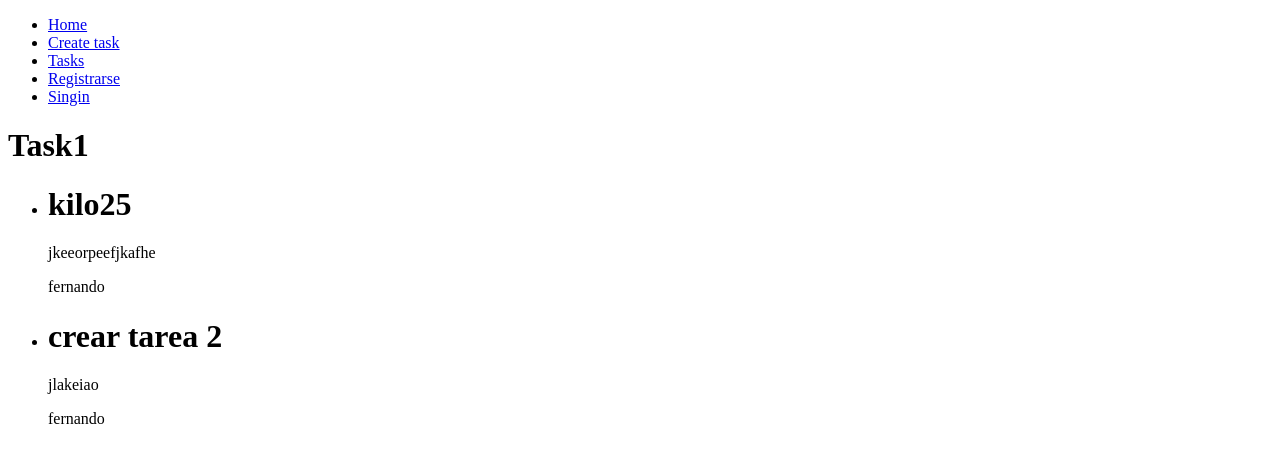
Repository: fercho9922/django-auth-crud
Page: http://localhost/tasks/
These files come from the project's save history. The page is drawn as it stood at one moment and after the next save; the edit follows.
The browser window is 1280 px wide. The pictures show the whole page.
The page is served by the project's application, run on Django 5.2 (manage.py). Other server files are loaded and not shown. The page reads the database file committed with the project.

Above is the page before, as saved 2024-04-11 12:22:31.

### tasks/templates/tasks.html
{% extends 'base.html' %}

{% block content %}

<h1>Task1</h1>

<ul>
    {% for task in tasks %}
    <li>
        <h1>{{task.title}}</h1>
        <p>{{task.description}}</p>
        <p>{{task.user.username}}</p>
    </li>
    {% endfor %}
</ul>



{% endblock %}

### tasks/templates/base.html
<!DOCTYPE html>
<html lang="en">
<head>
    <meta charset="UTF-8">
    <meta name="viewport" content="width=device-width, initial-scale=1.0">
    <title>Django crud application</title>
</head>
<body>
    <nav>
        <ul>
            <li>
                <a href="/">Home</a>
            </li>
            <li>
                <a href="/tasks/create">Create task</a>
            </li>
            <li>
                <a href="/tasks">Tasks</a>
            </li>
            {% if user.is_authenticated %}
            <li>
                <a href="/logout">logout</a>
            </li>
            {% else %}
                <li>
                    <a href="/signup">Registrarse</a>
                </li>
                <li>
                    <a href="/signin">Singin</a>
                </li>
            {% endif %}
        </ul>
    </nav>
    {% block content %}
    {% endblock %}
</body>
</html>

### tasks/models.py
from django.db import models
from django.contrib.auth.models import User

# Create your models here.
class task(models.Model):
    title=models.CharField(max_length=100)
    description=models.TextField(blank=True)
    created=models.DateTimeField(auto_now_add=True)
    datecompleted=models.DateTimeField(null=True)
    important=models.BooleanField(default=False)
    user=models.ForeignKey(User, on_delete=models.CASCADE)

    def __str__(self):
        return self.title

### tasks/views.py
from django.shortcuts import render, redirect, get_object_or_404
from django.http import HttpResponse
from django.contrib.auth.forms import UserCreationForm, AuthenticationForm
from django.contrib.auth import login, logout, authenticate
from django.db import IntegrityError
from django.contrib.auth.models import User
from .forms import TaskForm
from .forms import task
# Create your views here.

def home(request):
    return render(request, 'home.html')


def signup(request):

    if request.method == 'GET':
        print('Enviando formulario')
        return render(request, 'signup.html',{
            'form':UserCreationForm
        })
    else:
        if request.POST['password1']==request.POST['password2']:
            #Registrar usuario
            try:
                user= User.objects.create_user(username=request.POST['username'],password=request.POST['password1'])
                user.save()
                login(request, user)
                return redirect('tasks')

            except IntegrityError:
                return render(request, 'signup.html', {
                'form':UserCreationForm,
                "error": 'USername already exist'
                })

        return render(request, 'signup.html', {
                'form':UserCreationForm,
                "error": 'Password do not match'
                })
        print(request.POST)
        print('Obteniendo datos')


def create_task(request):

    if request.method == 'GET':
        return render(request, 'create_task.html',{
        'form':TaskForm
    })
    else:
        try:
            form=TaskForm(request.POST)
            new_task=form.save(commit=False)
            new_task.user=request.user
            new_task.save()
            return redirect('tasks')
        except ValueError:
            return render (request, 'create_task.html',{
            'form': TaskForm,
            'error': 'please provide valida data'
            })


def task_detail(request, task_id):
    tarea=get_object_or_404(task,pk=task_id)
    form=TaskForm(instance=task)
    return render(request, 'task_detail.html',{'task':tarea, 'form':form})




def tasks(request):
    tasks=task.objects.all()
    return render(request, 'tasks.html',{'tasks': tasks})

def signout(request):
    logout(request)
    return redirect('home')

def signin(request):
   if request.method == 'GET':
    return render(request, 'signin.html',{
    'form': AuthenticationForm

    })
   else:
        user = authenticate(request, username=request.POST['username'], password=request.POST['password'])
        if user is None:
            print(request.POST)
            return render(request, 'signin.html', {
            'form': AuthenticationForm,
            'error': 'Username or password is incorrect'
            })
        else:
            login(request, user)
            return redirect('tasks')

### djangocrud/urls.py
"""
URL configuration for djangocrud project.

The `urlpatterns` list routes URLs to views. For more information please see:
    https://docs.djangoproject.com/en/5.0/topics/http/urls/
Examples:
Function views
    1. Add an import:  from my_app import views
    2. Add a URL to urlpatterns:  path('', views.home, name='home')
Class-based views
    1. Add an import:  from other_app.views import Home
    2. Add a URL to urlpatterns:  path('', Home.as_view(), name='home')
Including another URLconf
    1. Import the include() function: from django.urls import include, path
    2. Add a URL to urlpatterns:  path('blog/', include('blog.urls'))
"""
from django.contrib import admin
from django.urls import path
from tasks import views

urlpatterns = [
    path('admin/', admin.site.urls),
    path('',views.home, name='home'),
    path('signup/',views.signup, name='signup'),
    path('tasks/',views.tasks, name='tasks'),
    path('tasks/create/',views.create_task, name='create_task'),
    path('tasks/<int:task_id>/', views.task_detail, name='task_detail'),
    path('logout/',views.signout, name='logout'),
    path('signin/',views.signin, name='signini'),

]

### db.sqlite3 (the tables this page reads, as SQL)
CREATE TABLE "auth_user" ("id" integer NOT NULL PRIMARY KEY AUTOINCREMENT, "password" varchar(128) NOT NULL, "last_login" datetime NULL, "is_superuser" bool NOT NULL, "username" varchar(150) NOT NULL UNIQUE, "last_name" varchar(150) NOT NULL, "email" varchar(254) NOT NULL, "is_staff" bool NOT NULL, "is_active" bool NOT NULL, "date_joined" datetime NOT NULL, "first_name" varchar(150) NOT NULL);
INSERT INTO "auth_user" VALUES
(1, 'pbkdf2_sha256$720000$IkhvN3YN6nv20s598CdzhU$fgNrpqa0muVb1/IiKOOBAY7hbtPF5ymcfxKXI87DTa0=', NULL, 0, 'fer1', '', '', 0, 1, '2024-04-10 15:08:21.865737', ''),
(2, 'pbkdf2_sha256$720000$0Ui9cTWh9GXXBm3yYhibwu$srDogocannYyrHPWNMd/fmmfq9N19XawF0WgYaFul0w=', NULL, 0, 'fer3', '', '', 0, 1, '2024-04-10 15:38:24.179737', ''),
(3, 'pbkdf2_sha256$720000$pcql5TpGcqhWp31m5vRBrv$vfb+nRhsJ+3kEasWsBFYDz645Eeyq5PjcrxuyQ9qKec=', NULL, 0, 'fer4', '', '', 0, 1, '2024-04-10 15:39:13.257457', ''),
(4, 'pbkdf2_sha256$720000$Njacloq5yF277JbXNASrnO$nFVCnZcDIyZC2tE8PAVqhqrggxkn1oZ1vuafWYfufjk=', NULL, 0, 'fer5', '', '', 0, 1, '2024-04-10 15:39:53.810922', ''),
(5, 'pbkdf2_sha256$720000$GMoQQ2ZNdyLRzYD7sLcNS1$55atuQOjcmHSZ/4xHt95rg/QLhYIdQx4t2bTaK4X6ew=', '2024-04-10 15:50:05.402372', 0, 'fer6', '', '', 0, 1, '2024-04-10 15:50:04.897964', ''),
(6, 'pbkdf2_sha256$720000$73oNQiIJQ7DYY7hrg3ElvU$l7z0GBCNA4+oENcIUk6Lhvi97v4ulBHhA2ug8pI7F68=', '2024-04-10 16:28:17.890017', 0, 'fer9', '', '', 0, 1, '2024-04-10 16:28:17.382465', ''),
(7, 'pbkdf2_sha256$720000$d6OZUMq6fNNGohP9b3GkHB$h5OHN7tIT/e60ESQBy0dgxdwehXR7atKk3btGi2JakM=', '2024-04-10 17:35:46.250816', 0, 'fer78', '', '', 0, 1, '2024-04-10 17:35:45.744375', ''),
(8, 'pbkdf2_sha256$720000$MLKXFU7KwSqroSPqMd3MSh$WesjsrV/GtZb0VHLCaoGyhR1IIMiN1BfqlJeL+M8uWk=', '2024-04-10 17:59:11.708311', 0, 'fer7', '', '', 0, 1, '2024-04-10 17:51:03.435910', ''),
(9, 'pbkdf2_sha256$720000$lgJPbK7PMwJKYUU4Sr2j5d$qyCsMqS1dQzsVmy/Vog1RTJR/b0fDw+3WxMixvKcDpM=', '2024-04-15 18:08:32.612033', 1, 'fernando', '', 'fer@gmail.com', 1, 1, '2024-04-10 18:33:22.508217', ''),
(10, 'pbkdf2_sha256$720000$y6L0CdHKJ1s1fwysAQNpT4$bGVK0OTqBPsxj14mf8DWfiwoLB8gwLOW34X5I+XDTG4=', '2024-04-15 18:10:14.750343', 0, 'pedro', '', '', 0, 1, '2024-04-11 16:54:35.529129', '');

CREATE TABLE "tasks_task" ("id" integer NOT NULL PRIMARY KEY AUTOINCREMENT, "title" varchar(100) NOT NULL, "description" text NOT NULL, "created" datetime NOT NULL, "datecompleted" datetime NULL, "important" bool NOT NULL, "user_id" integer NOT NULL REFERENCES "auth_user" ("id") DEFERRABLE INITIALLY DEFERRED);
INSERT INTO "tasks_task" VALUES
(9, 'kilo25', 'jkeeorpeefjkafhe', '2024-04-12 18:00:57.282555', NULL, 0, 9),
(12, 'crear tarea 2', 'jlakeiao', '2024-04-15 18:09:21.291021', NULL, 0, 9);

After the next save:
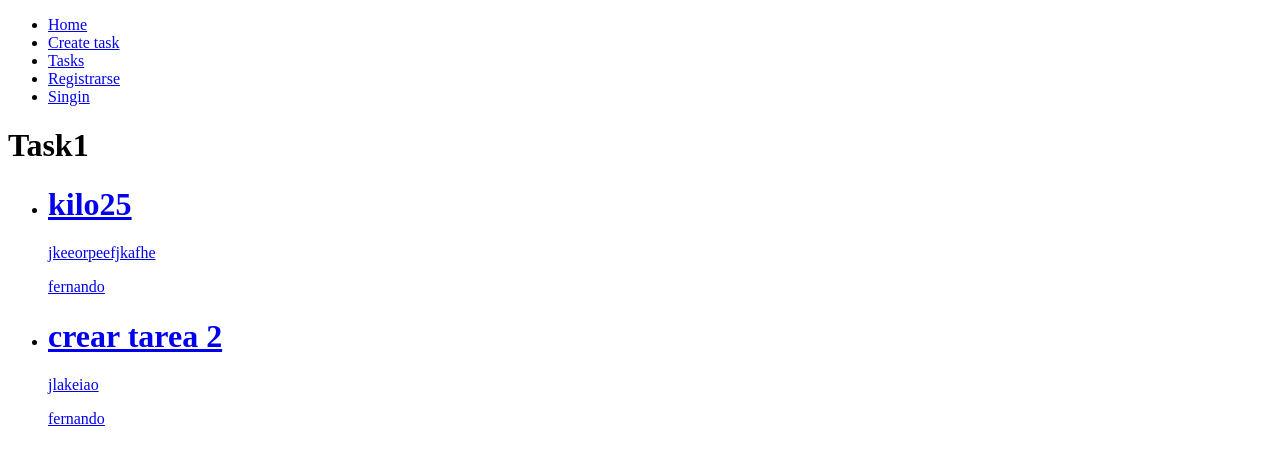
Saved 3 min 34 s later.
--- a/tasks/templates/tasks.html
+++ b/tasks/templates/tasks.html
@@ -7,9 +7,11 @@
 <ul>
     {% for task in tasks %}
     <li>
+        <a href="{% url 'task_detail' task.id %}">
         <h1>{{task.title}}</h1>
         <p>{{task.description}}</p>
         <p>{{task.user.username}}</p>
+        </a>
     </li>
     {% endfor %}
 </ul>
